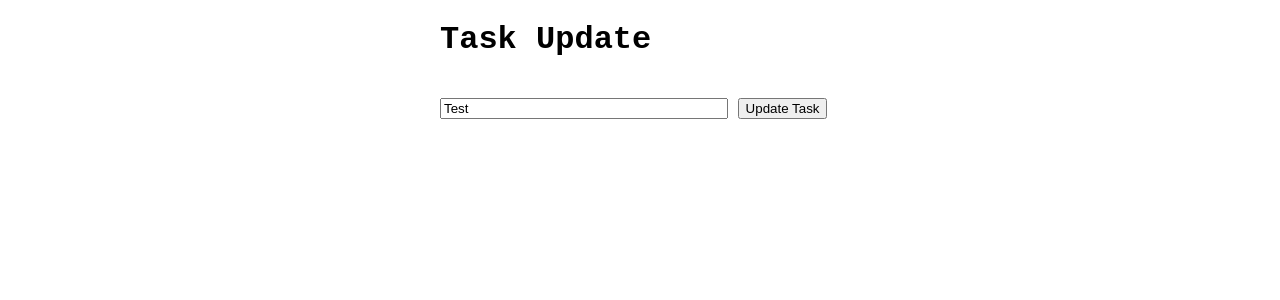
Repository: Mbote-Joseph/Python-Data-Structures
Page: http://localhost/update/1
These files come from the project's save history. The page is drawn as it stood at one moment and after the next save; the edit follows.
The browser window is 1280 px wide. The pictures show the whole page.
The page is served by the project's application, run on Flask 3 (app.py). The page reads the database file committed with the project.

Above is the page before, as saved 2025-12-10 22:30:54.

### Flask/taskmanager/templates/update.html
{% extends "base.html" %}

{% block head %}
<title> Update Task </title>
{% endblock %}

{% block body %}
<div class="content">
    <h1> Task Update </h1>
    <br>

    <form action="/update/{{task_to_update.id}}" method="POST">
        <input type="text" name="content" id="content" value={{task_to_update.content}}>
        <input type="submit" value="Update Task">
    </form>
</div>
{% endblock %}

### Flask/taskmanager/templates/base.html
<!DOCTYPE html>
<html lang="en">
<head>
    <meta charset="UTF-8">
    <meta name="viewport" content="width=device-width, initial-scale=1.0">
    <link rel="stylesheet" href="{{url_for('static', filename='css/main.css')}}">
    {% block head %} {% endblock %}
</head>
<body>
    {% block body %} {% endblock %}
</body>
</html>

### Flask/taskmanager/app.py
from flask import Flask, render_template , request, url_for, redirect
from flask_sqlalchemy import SQLAlchemy
from datetime import datetime

app = Flask(__name__)
app.config['SQLALCHEMY_DATABASE_URI'] = 'sqlite:///tasks.db'
app.config['SQLALCHEMY_TRACK_MODIFICATIONS'] = False

db = SQLAlchemy(app)

class Todo(db.Model):
    id = db.Column(db.Integer, primary_key = True)
    content = db.Column(db.String(200), nullable=False)
    date_created = db.Column(db.DateTime, default=datetime.utcnow)

    def __repr__(self):
        return '<Task %r>' % self.id

@app.route('/', methods=['POST', 'GET'])
def index():
    if request.method == 'POST':
        task_content = request.form['content']
        new_task = Todo(content = task_content)

        try:
            db.session.add(new_task)
            db.session.commit()
            return redirect('/')
        except:
            return "There was an issue adding your task"
    else:
        tasks = Todo.query.order_by(Todo.date_created).all()
        return render_template('index.html', tasks = tasks)


@app.route('/delete/<int:id>')
def delete(id):
    task_to_delete = Todo.query.get_or_404(id)

    try:
        db.session.delete(task_to_delete)
        db.session.commit()
        return redirect('/')
    except:
        return "There was an error when deleting that task"


@app.route('/update/<int:id>', methods=['GET','POST'])
def update(id):
    task_to_update = Todo.query.get_or_404(id)
    print(task_to_update)
    if request.method == 'POST':
        task_to_update.content = request.form['content']
    else:
        return render_template('update.html', task_to_update = task_to_update)


    try:
        db.session.commit()
        return redirect('/')
    except:
        return "There was an error updating the Task"


if __name__ == "__main__":
    app.run(debug=True)

### Flask/taskmanager/static/css/main.css
body, html{
    margin: 0;
    font-family: 'Courier New', Courier, monospace;
}

.content {
    margin: 0 auto;
    width: 400px;
}

table, td, th {
    border: 1px solid #aaa;
}

table {
    border-collapse: collapse;
    width: 100%;
}

th {
    height: 30px;
}

td {
    text-align: center;
    padding: 5px;
}

.form {
    margin-top: 20px;
}

#content {
    width: 70%;
}

### Flask/taskmanager/instance/tasks.db (the tables this page reads, as SQL)
CREATE TABLE todo (
	id INTEGER NOT NULL, 
	content VARCHAR(200) NOT NULL, 
	date_created DATETIME, 
	PRIMARY KEY (id)
);
INSERT INTO "todo" VALUES
(1, 'Test content 2', '2025-12-10 19:31:14.446551'),
(2, 'sss jkkjj', '2025-12-10 19:41:44.998020');

After the next save:
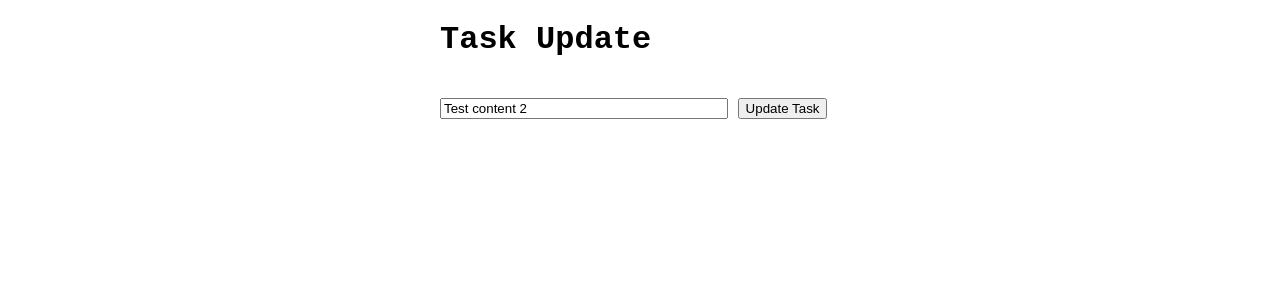
Saved 2 min 49 s later.
--- a/Flask/taskmanager/templates/update.html
+++ b/Flask/taskmanager/templates/update.html
@@ -10,7 +10,7 @@
     <br>
 
     <form action="/update/{{task_to_update.id}}" method="POST">
-        <input type="text" name="content" id="content" value={{task_to_update.content}}>
+        <input type="text" name="content" id="content" value= "{{task_to_update.content}}" >
         <input type="submit" value="Update Task">
     </form>
 </div>
